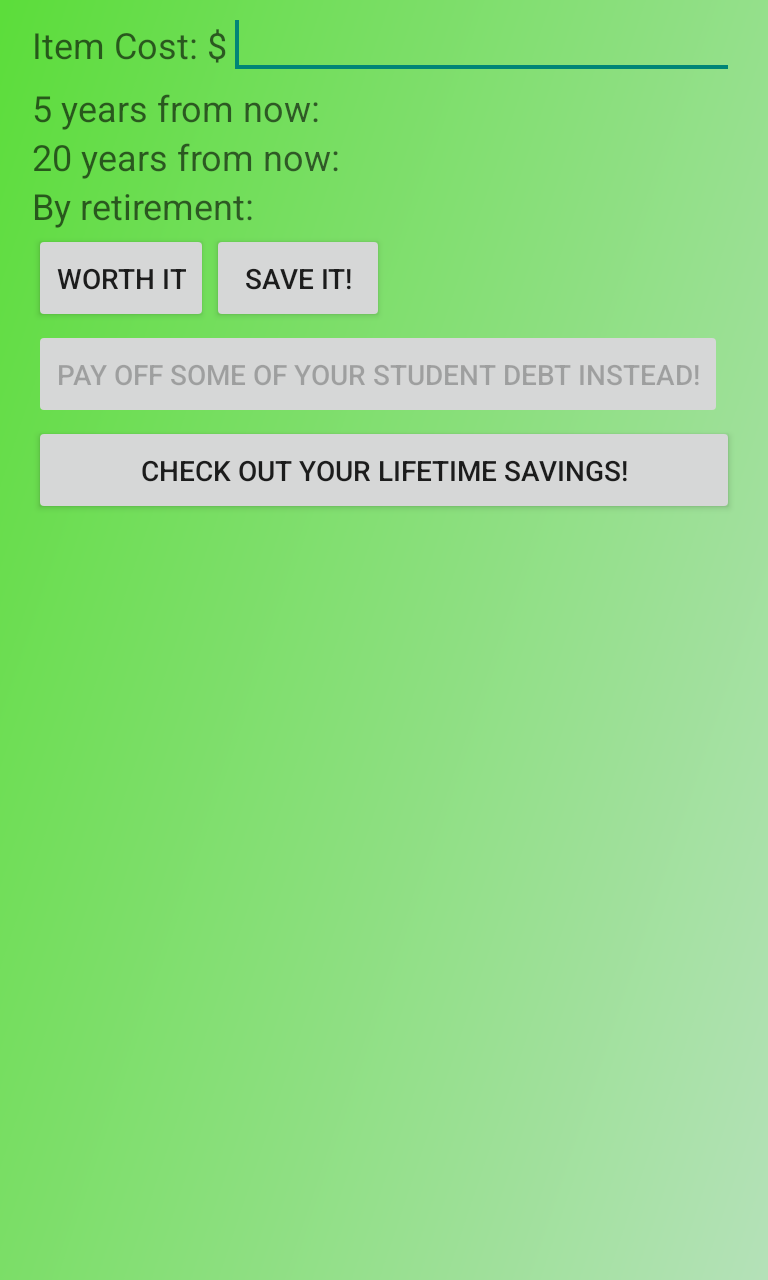
Repository: aallev11/saveit
Layout: ShouldISaveIt/res/layout/activity_main.xml
An editor plug-in stored every save of this project. The layout is shown before and after a run of saves, followed by the edit.
It is drawn on a 768 x 1280 px phone screen (xhdpi) without system bars, with theme AppTheme; the app's code is not run.

Above is the layout before, as saved 2014-03-30 15:21:43.

### ShouldISaveIt/res/layout/activity_main.xml
<FrameLayout xmlns:android="http://schemas.android.com/apk/res/android"
    xmlns:tools="http://schemas.android.com/tools"
    android:id="@+id/container"
    android:layout_width="match_parent"
    android:layout_height="match_parent"
    android:background="@drawable/background"
    tools:context="com.example.shouldisaveit.MainActivity"
    tools:ignore="MergeRootFrame" >

    <LinearLayout
        android:layout_width="fill_parent"
        android:layout_height="fill_parent"
        android:orientation="vertical"
        android:paddingLeft="16dp"
        android:paddingRight="16dp" >

        <LinearLayout
            android:layout_width="fill_parent"
            android:layout_height="wrap_content"
            android:orientation="horizontal" >

            <TextView
                android:id="@+id/itemCost"
                android:layout_width="wrap_content"
                android:layout_height="wrap_content"
                android:text="Item Cost: $"
                android:textAppearance="?android:attr/textAppearanceMedium" />

            <EditText
                android:id="@+id/editItemCost"
                android:layout_width="match_parent"
                android:layout_height="wrap_content"
                android:ems="10"
                android:inputType="numberDecimal"
                android:width="40dp" >

                <requestFocus />
            </EditText>
        </LinearLayout>

        <LinearLayout
            android:layout_width="fill_parent"
            android:layout_height="wrap_content"
            android:orientation="horizontal" >

            <TextView
                android:layout_width="wrap_content"
                android:layout_height="wrap_content"
                android:text="5 years from now:  "
                android:textAppearance="?android:attr/textAppearanceMedium" />

            <TextView
                android:id="@+id/edit5years"
                android:layout_width="match_parent"
                android:layout_height="wrap_content"
                android:ems="10"
                android:width="40dp" >
            </TextView>
        </LinearLayout>

        <LinearLayout
            android:layout_width="fill_parent"
            android:layout_height="wrap_content"
            android:orientation="horizontal" >

            <TextView
                android:layout_width="wrap_content"
                android:layout_height="wrap_content"
                android:text="20 years from now:  "
                android:textAppearance="?android:attr/textAppearanceMedium" />

            <TextView
                android:id="@+id/edit20years"
                android:layout_width="match_parent"
                android:layout_height="wrap_content"
                android:ems="10"
                android:width="40dp" >
            </TextView>
        </LinearLayout>

        <LinearLayout
            android:layout_width="fill_parent"
            android:layout_height="wrap_content"
            android:orientation="horizontal" >

            <TextView
                android:layout_width="wrap_content"
                android:layout_height="wrap_content"
                android:text="By retirement:  "
                android:textAppearance="?android:attr/textAppearanceMedium" />

            <TextView
                android:id="@+id/editByRetirement"
                android:layout_width="match_parent"
                android:layout_height="wrap_content"
                android:ems="10"
                android:width="40dp" >
            </TextView>
        </LinearLayout>

        <LinearLayout
            android:layout_width="fill_parent"
            android:layout_height="wrap_content"
            android:orientation="horizontal" >

            <Button
                android:id="@+id/worthIt"
                android:layout_width="wrap_content"
                android:layout_height="wrap_content"
                android:onClick="worthIt"
                android:text="Worth It" />

            <Button
                android:id="@+id/saveIt"
                android:layout_width="wrap_content"
                android:layout_height="wrap_content"
                android:onClick="saveIt"
                android:text="Save It!" />
        </LinearLayout>

        <LinearLayout
            android:layout_width="fill_parent"
            android:layout_height="wrap_content"
            android:orientation="horizontal" >

            <Button
                android:id="@+id/putIntoRetirement"
                android:layout_width="wrap_content"
                android:layout_height="wrap_content"
                android:enabled="false"
                android:visibility="gone"
                android:onClick="Save it in Retirement Instead!"
                android:text="Worth It" />

            <Button
                android:id="@+id/putIntoStudentDebt"
                android:enabled="false"
                android:layout_width="wrap_content"
                android:layout_height="wrap_content"
                android:onClick="saveIt"
                android:text="Pay off some of your student debt instead!" />
        </LinearLayout>

        <LinearLayout
            android:layout_width="fill_parent"
            android:layout_height="wrap_content"
            android:orientation="horizontal" >

            <Button
                android:id="@+id/lifetimeSavings"
                android:layout_width="fill_parent"
                android:layout_height="wrap_content"
                android:onClick="lifetimeSavings"
                android:text="Check out your lifetime savings!" />
        </LinearLayout>
    </LinearLayout>

</FrameLayout>

Loaded but not shown: ShouldISaveIt/res/values/styles.xml (common file); ShouldISaveIt/res/values-v11/styles.xml (common file); ShouldISaveIt/res/values-v14/styles.xml (common file)

After the next 2 saves:
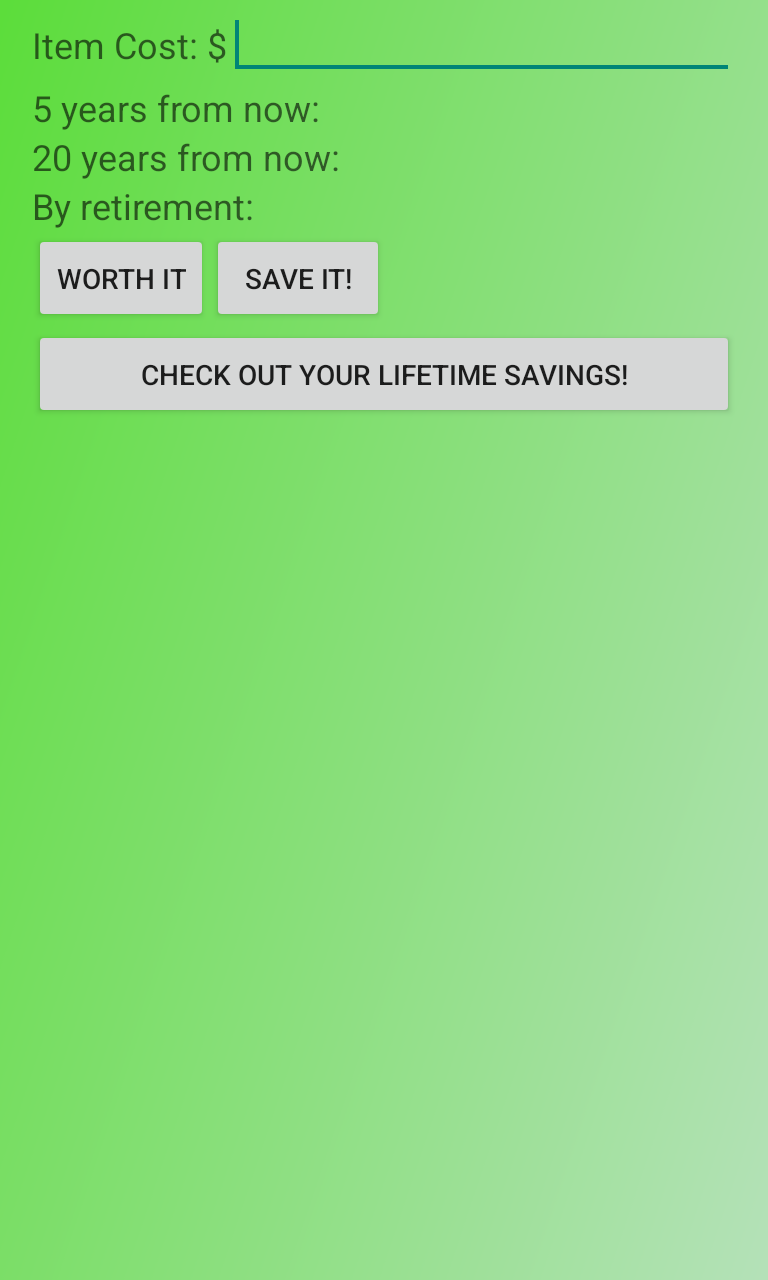
The 2 saves are shown as one change because they came seconds apart.
The last was saved 13 s later.
--- a/ShouldISaveIt/res/layout/activity_main.xml
+++ b/ShouldISaveIt/res/layout/activity_main.xml
@@ -127,14 +127,13 @@
                 android:id="@+id/putIntoRetirement"
                 android:layout_width="wrap_content"
                 android:layout_height="wrap_content"
-                android:enabled="false"
                 android:visibility="gone"
                 android:onClick="Save it in Retirement Instead!"
                 android:text="Worth It" />
 
             <Button
                 android:id="@+id/putIntoStudentDebt"
-                android:enabled="false"
+                android:visibility="gone"
                 android:layout_width="wrap_content"
                 android:layout_height="wrap_content"
                 android:onClick="saveIt"
